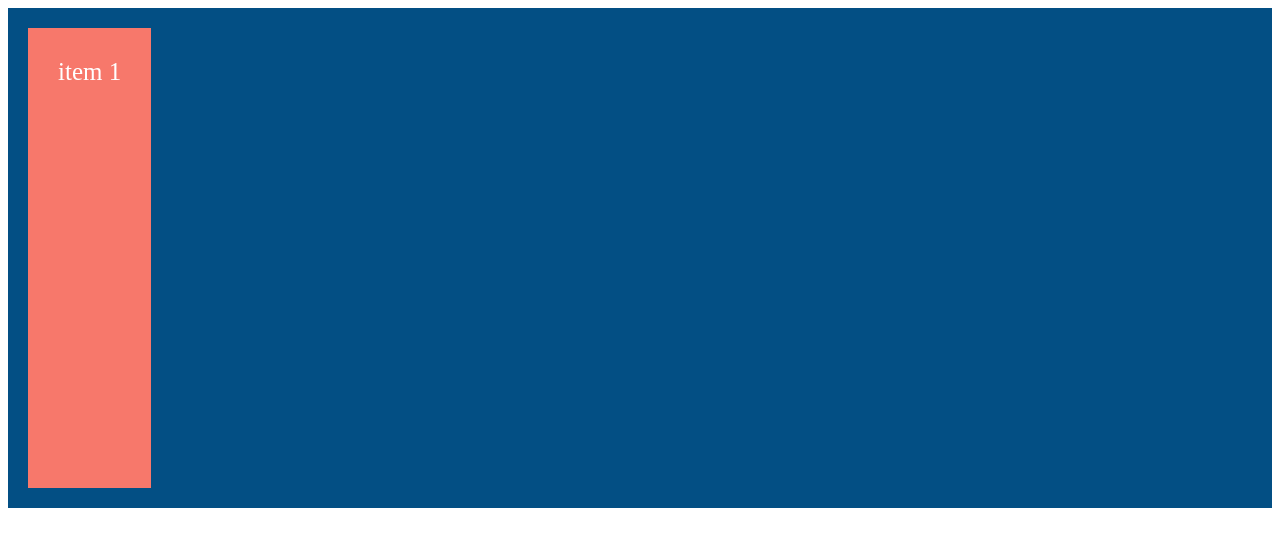
Repository: mehmetbuber38/flex
Page: flex-margin.html
These files come from the project's save history. The page is drawn as it stood at one moment and after the next save; the edit follows.
The browser window is 1280 px wide. The pictures show the whole page.

Above is the page before, as saved 2022-01-31 21:20:06.

After the next save:
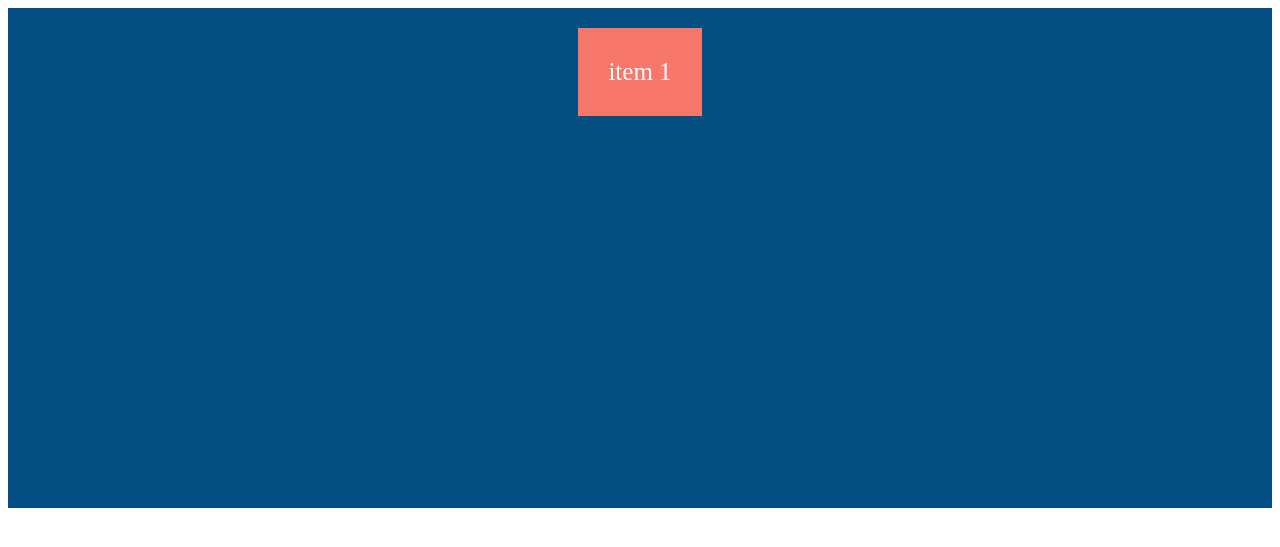
Saved 49 s later.
--- a/flex-margin.html
+++ b/flex-margin.html
@@ -13,6 +13,8 @@
 
         height: 500px;
         background-color: #034f84;
+        align-items: flex-start;
+        justify-content: center;
 
     }
 
